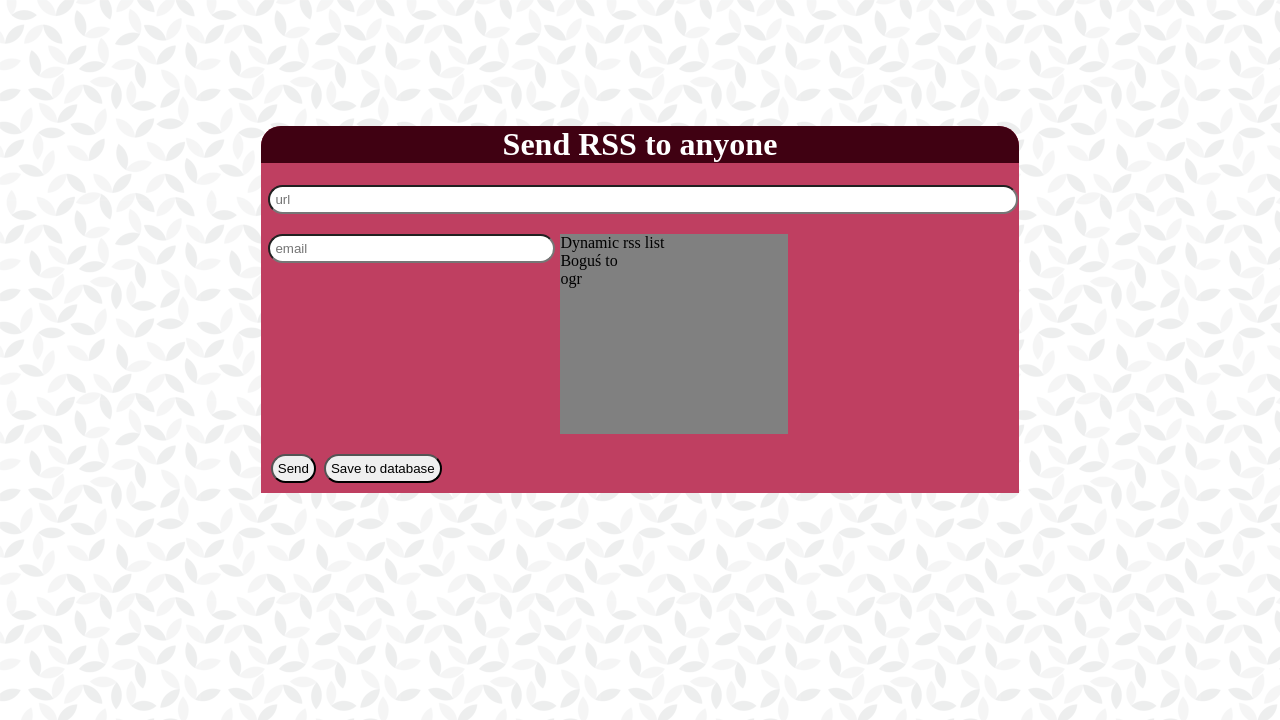
Repository: michalski9wsb/rss_final
Page: index.html
An editor plug-in stored every save of this project. The page is shown before and after the next save, followed by the edit.
The browser window is 1280 px wide. The pictures show the whole page.
Some web fonts or font styles are not loaded; a fallback is used.

Above is the page before, as saved 2020-03-08 10:24:21.

### index.html
<!DOCTYPE html>
<html lang="pl">
    <head>
        <meta charset="utf-8" />
        <title>Send RSS</title>
        <meta name="deskription" content="Apk for RSS" />
        <meta name="keywords" content="RSS,aplication, send" />
        <meta http-equiv="X-UA-Compatioble" content="IE=edge,chrome=1" />
        <link href="style.css" rel="stylesheet" type="text/css" />
        <link href="https://fonts.googleapis.com/css?family=Trade+Winds&display=swap" rel="stylesheet">
    </head>
    <body>
        <form method="get" action="send.php">
            <h1>Send RSS to anyone</h1>
            <div class="url-flex row">
                <input id="url"  name="url" type="url" placeholder="url"/>
            </div>
            <div class="email-flex row">
                <div id="helper"><input id="email"  name="email" type="email" placeholder="email" /></div>
                <div id="debug">
                    <label for="debug">Dynamic rss list</label>
                    <div name="debug"  rows="10">

                    </div>
                    <div class="sendlist" >
                        Boguś to ogr
                    </div>
                </div>

             </div>
             <div style="clear:both;"></div>
            <div class="row">
                <!--<div class="buttonCentre">-->
                    <input id="send" type="submit" value="Send"/>
                    <button id="save" name="save">Save to database</button>
                <!--</div>-->
            </div>
        </form>
    </body>
</html>

### style.css
body{
    background-image: url(geometric-leaves/geometric-leaves.png);
    font-family: 'Trade Winds' ;
}
h1{
    display: block;
    border-radius: 20px 20px 0px 0px;
    background-color: #400112;
    color: white;
    margin-left: auto;
    margin-right: auto;
    text-align: center;
    position: relative;
}
form{
    border-radius: 20px 20px 0 0;
    margin-left: 20%;
    margin-top: 10%;
    width: 60%;
    background-color: #BF3F61;
}
input{
    border-radius: 20px;
    padding: 5px;
}
input[type=submit]{
    margin-left: 10px;
}
button{
    border-radius: 20px;
    margin-left: 4px;
    padding: 5px;
    margin-bottom: 10px;
}
#debug{
    display: flex;
    background-color: gray;
    flex-direction: column;
    margin-left: 5px;
    float: left;
    width: 30%;
    height: 200px;
}
.sendlist{
    background-color: gray;
    height: 200px;
    width: 30%;
}

input#email{
    float: left;
    width: 36%;
    margin-left: 1%;
}
input#url{
    /*margin-top: 2%;*/
    margin-left: 1%;
    width: 97%;
}
.row{
    width: 100%;
    margin-top: 20px;
}

After the next save:
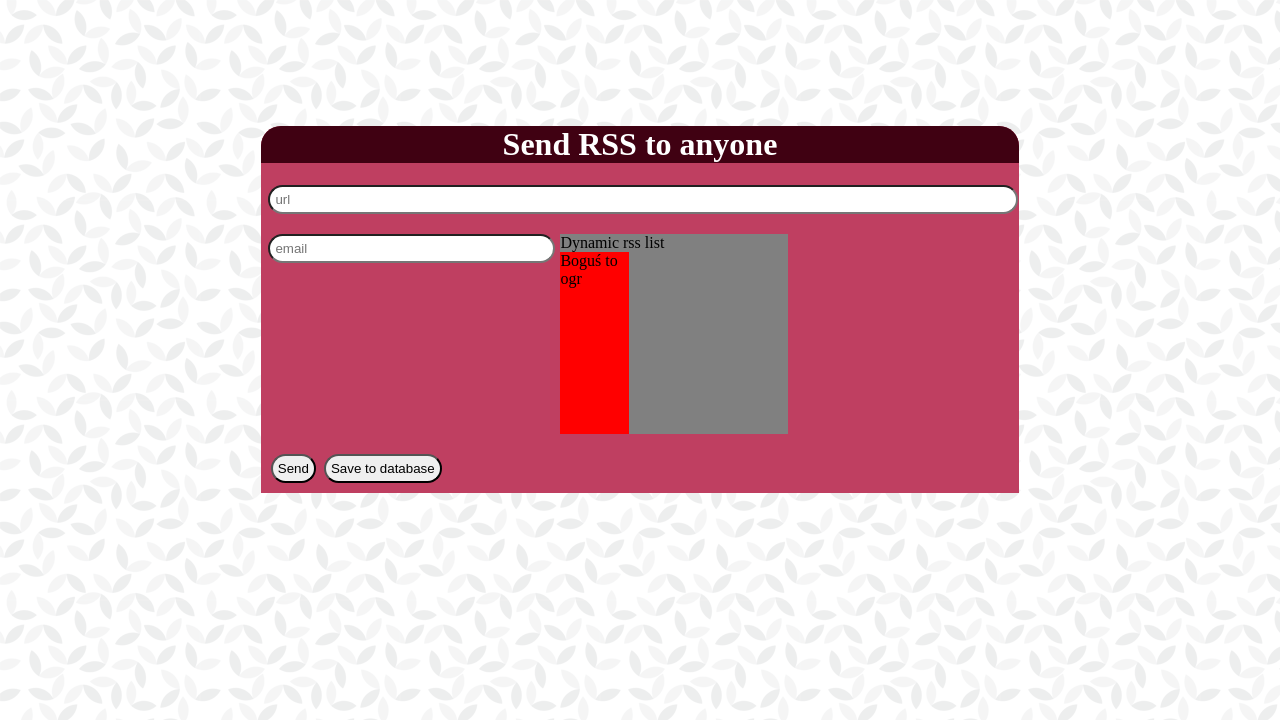
Saved 32 s later.
--- a/style.css
+++ b/style.css
@@ -42,7 +42,7 @@ button{
     height: 200px;
 }
 .sendlist{
-    background-color: gray;
+    background-color: red;
     height: 200px;
     width: 30%;
 }
